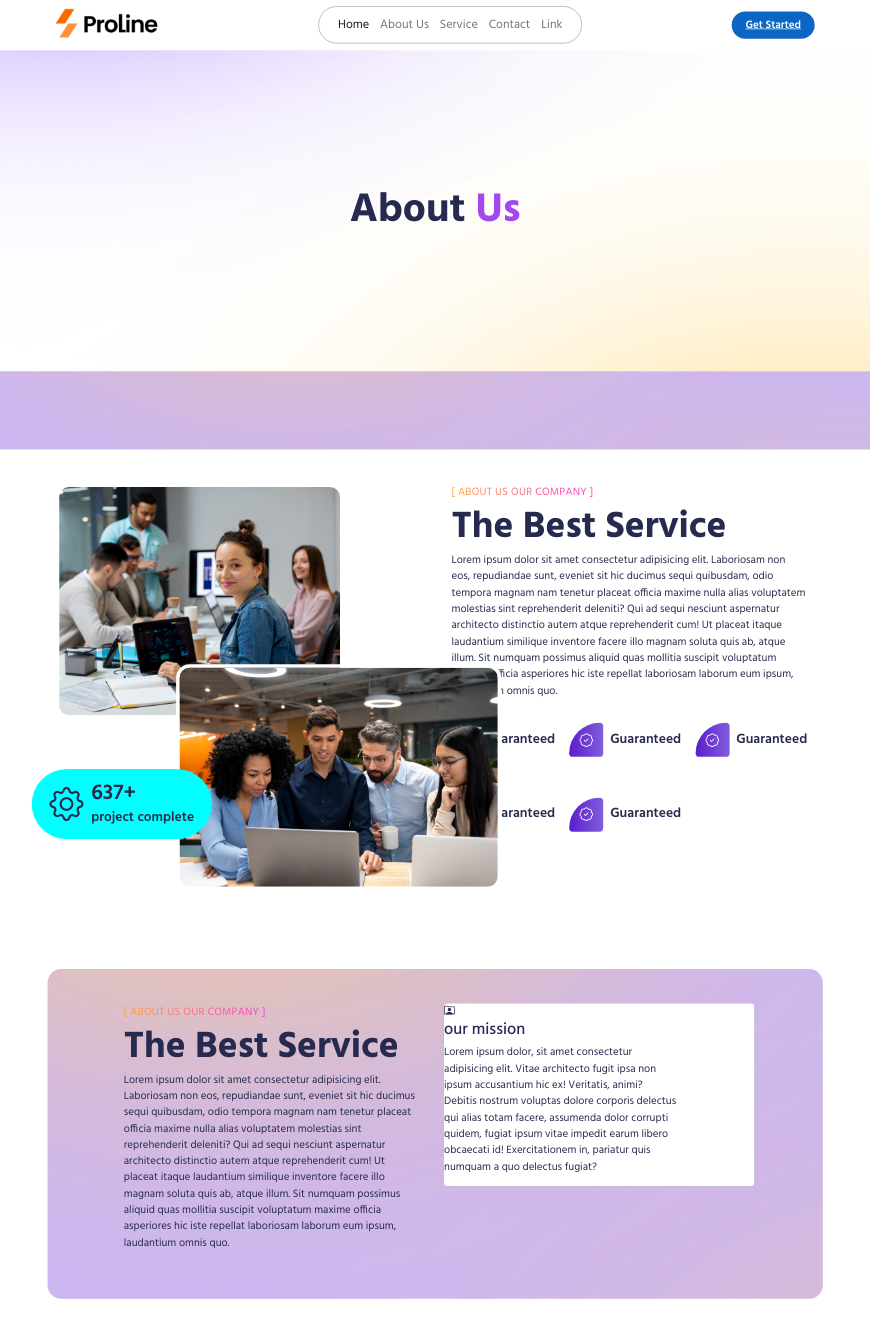
Repository: tagnam/corporate
Page: aboutus.html
These files come from the project's save history. The page is drawn as it stood at one moment and after the next save; the edit follows.
The browser window is 1280 px wide. The pictures show the whole page, at 68% of full size.

Above is the page before, as saved 2025-02-15 12:15:11.

After the next save:
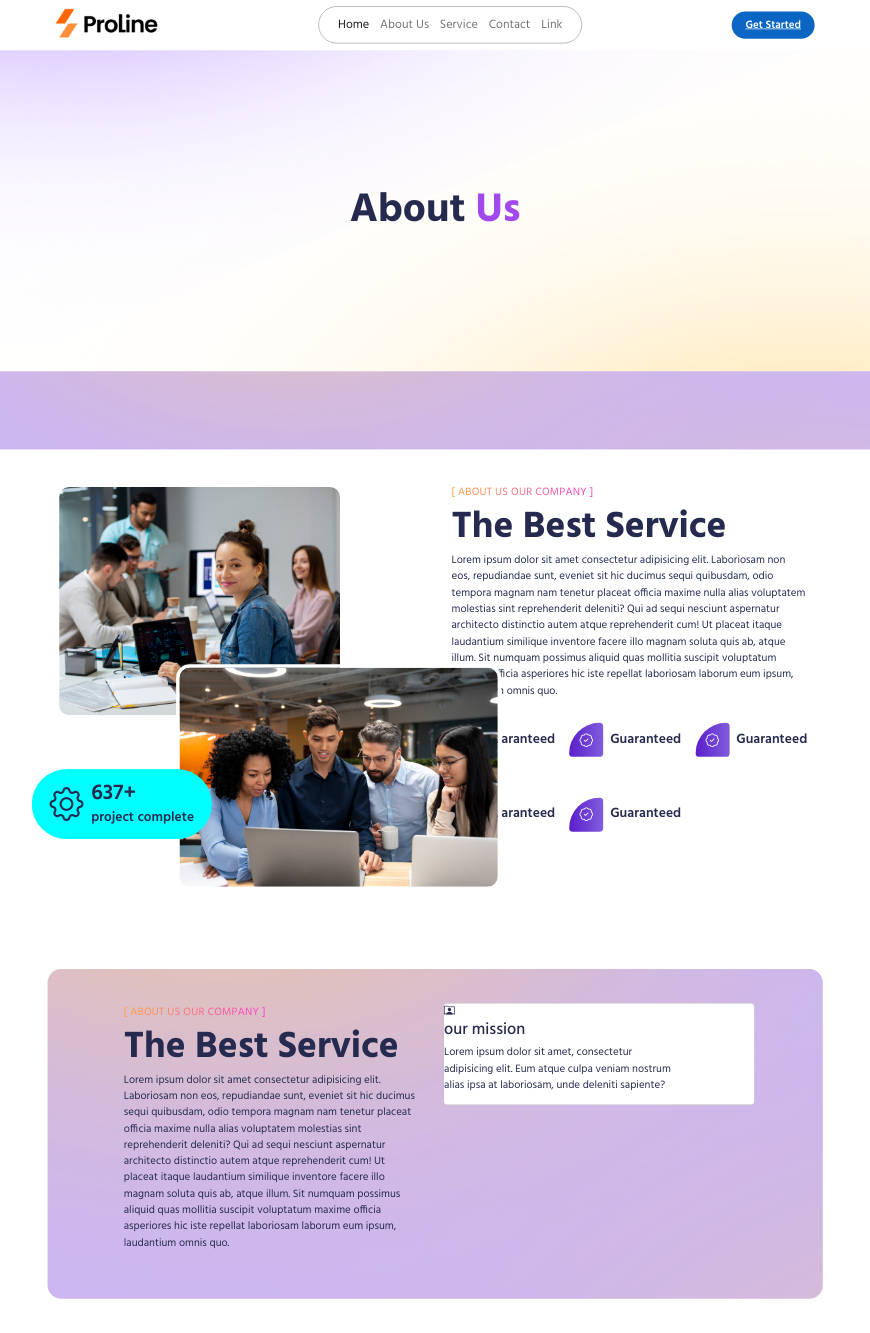
Saved 19 s later.
--- a/aboutus.html
+++ b/aboutus.html
@@ -211,7 +211,7 @@
                                             <div class="col-md-9">
                                                 <div class="mission-content">
                                                 <h4> our mission</h4>
-                                                <p>Lorem ipsum dolor, sit amet consectetur adipisicing elit. Vitae architecto fugit ipsa non ipsum accusantium hic ex! Veritatis, animi? Debitis nostrum voluptas dolore corporis delectus qui alias totam facere, assumenda dolor corrupti quidem, fugiat ipsum vitae impedit earum libero obcaecati id! Exercitationem in, pariatur quis numquam a quo delectus fugiat?</p>
+                                                <p>Lorem ipsum dolor sit amet, consectetur adipisicing elit. Eum atque culpa veniam nostrum alias ipsa at laboriosam, unde deleniti sapiente?</p>
                                                 </div>
                                             </div>
                                         </div>
